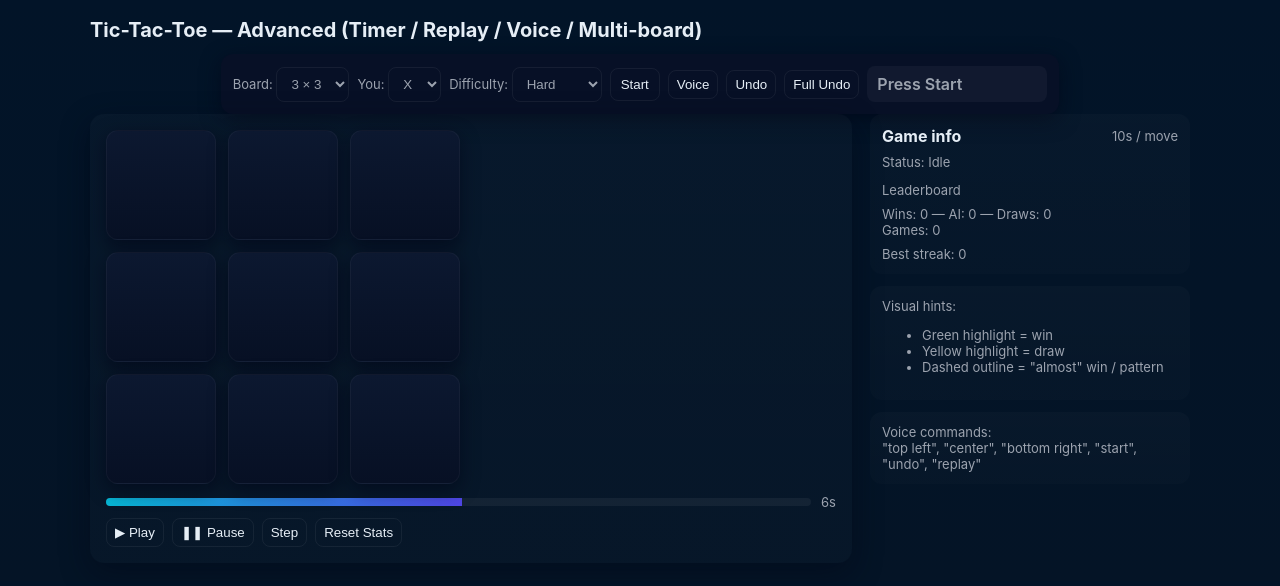
Repository: TheWebAlok/Tic-tac-Alok
Page: index.html
These files come from the project's save history. The page is drawn as it stood at one moment and after the next save; the edit follows.
The browser window is 1280 px wide. The pictures show the whole page.

Above is the page before, as saved 2025-12-05 01:22:32.

After the next save:
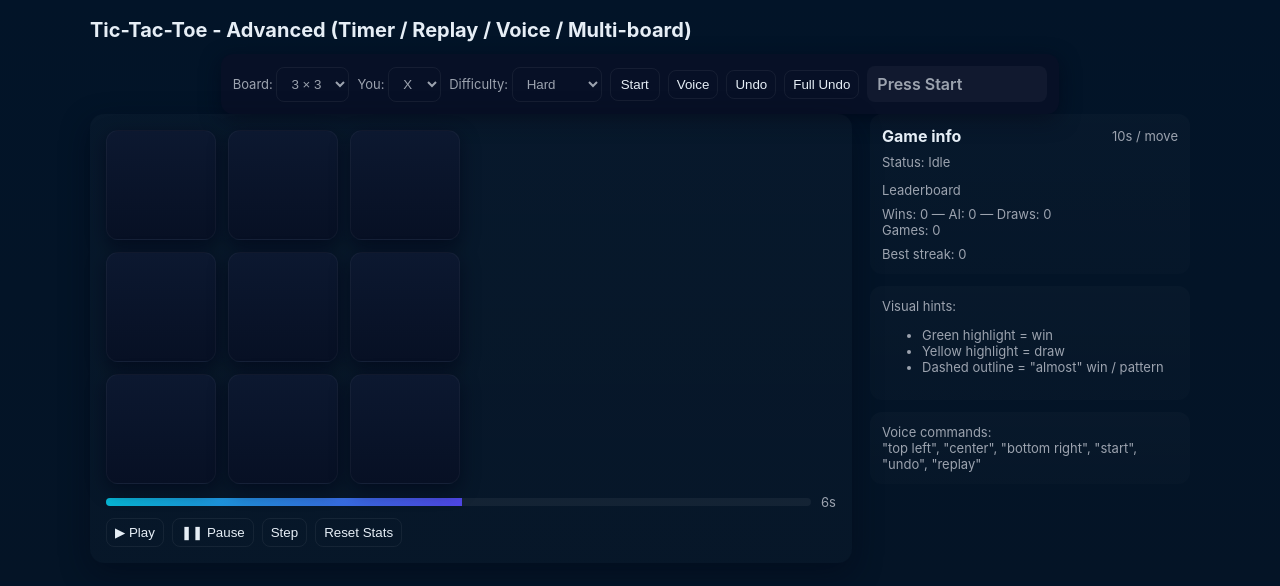
Saved 3 min 47 s later.
--- a/index.html
+++ b/index.html
@@ -81,7 +81,7 @@
 </head>
 <body>
 <header>
-  <h1>Tic-Tac-Toe — Advanced (Timer / Replay / Voice / Multi-board)</h1>
+  <h1>Tic-Tac-Toe - Advanced (Timer / Replay / Voice / Multi-board)</h1>
 </header>
 
 <div class="controls" role="region" aria-label="Game controls">
